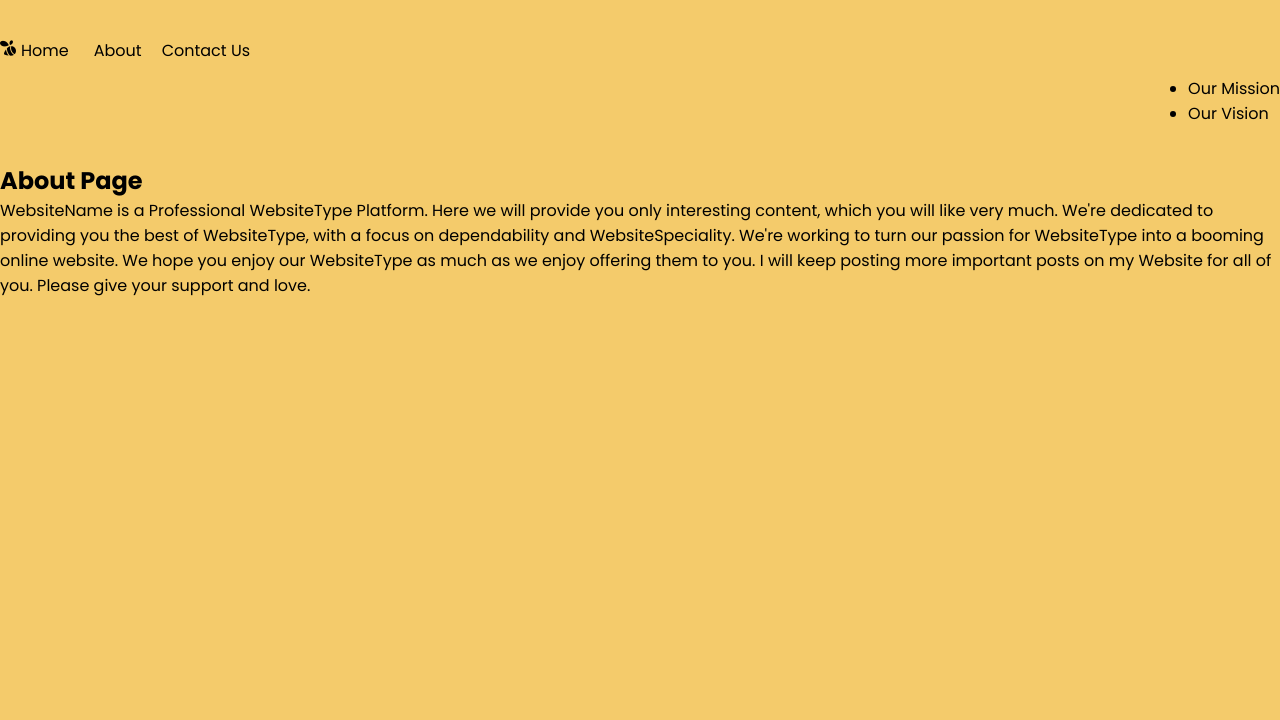
Repository: ble-syn/Random-user-generator-app
Page: /about
An editor plug-in stored every save of this project. The page is shown before and after the next save, followed by the edit.
The browser window is 1280 px wide. The pictures show the whole page.
The project was rebuilt for these pictures with package versions that can differ from the ones it lists, and the page was loaded fresh each time. Also part of the build but not shown: src/components/pagination.jsx, src/components/ErrorFallback.jsx, src/components/User.jsx, src/pages/Home.jsx, src/pages/Policy.jsx, src/pages/Terms.jsx, src/pages/Contact.jsx, src/pages/NotFound.jsx.

Above is the page before, as saved 2022-10-28 18:43:34.

After the next save:
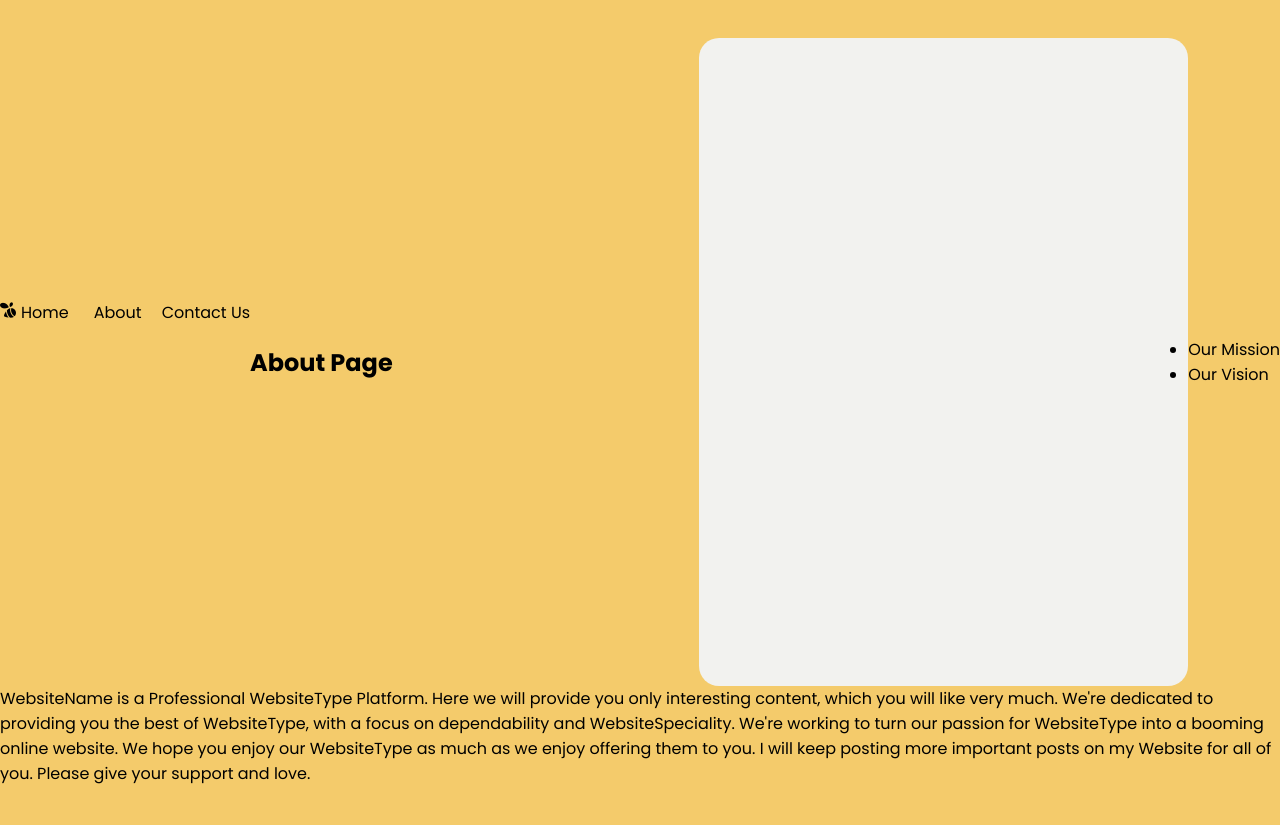
Saved 81 s later.
--- a/src/pages/About.jsx
+++ b/src/pages/About.jsx
@@ -9,7 +9,12 @@ function About() {
     <div>
       <div className="home-container">
       <Navbar />
-      <div id="left"></div>
+      <div id="left">
+         <h2>About Page</h2>
+      </div>
+      <div id="right">
+
+      </div>
         <ul>
           <li>
             <Link to="/about/policy">Our Mission</Link>
@@ -21,7 +26,7 @@ function About() {
       </div>
       {location.pathname === "/about" ? (
         <div>
-          <h2>About Page</h2>
+
           <p>
             WebsiteName is a Professional WebsiteType Platform. Here we will
             provide you only interesting content, which you will like very much.
